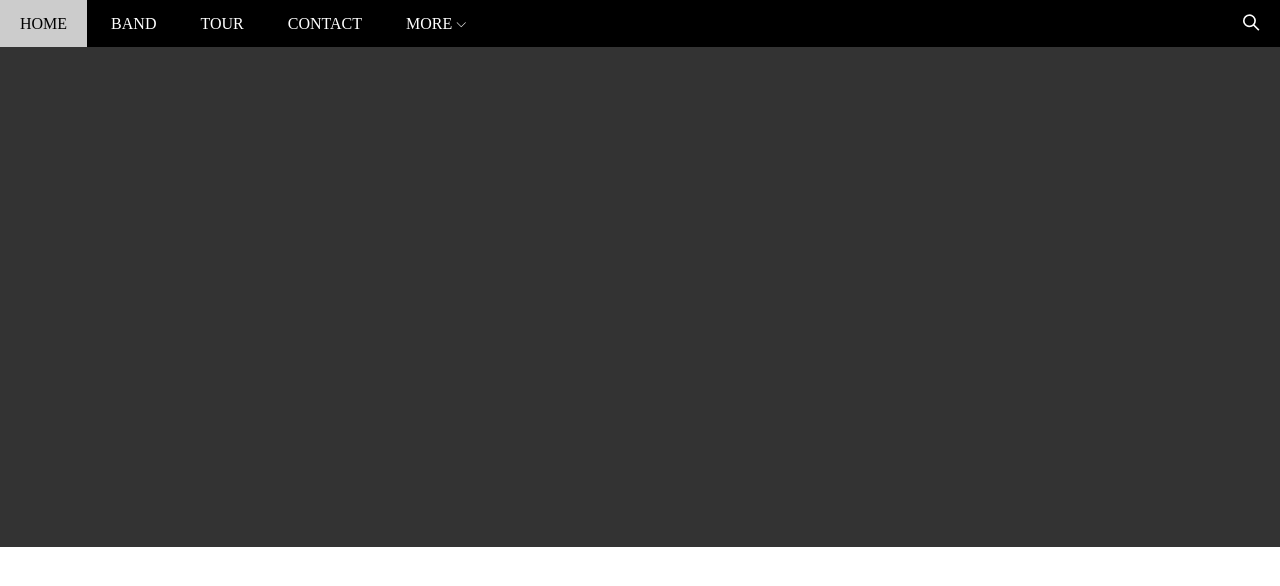
Repository: Dino0411/Dino0411.github.io
Page: index.html
These files come from the project's save history. The page is drawn as it stood at one moment and after the next save; the edit follows.
The browser window is 1280 px wide. The pictures show the whole page.

Above is the page before, as saved 2021-10-03 23:30:58.

### index.html
<!DOCTYPE html>
<html lang="en">
<head>
    <meta charset="UTF-8">
    <meta http-equiv="X-UA-Compatible" content="IE=edge">
    <meta name="viewport" content="width=device-width, initial-scale=1.0">
    <link rel="stylesheet" href="./assets/css/style.css">
    <link rel="stylesheet" href="./assets/fonts/themify-icons/themify-icons.css">
    <title>Document</title>
</head>
<body>
    <div id="main">
        <!-- TODO:header -->
        <div id="header">
            <!-- TODO:begin nav -->
            <ul id="nav">
                <li><a href="">Home</a></li>
                <li><a href="">Band</a></li>
                <li><a href="">Tour</a></li>
                <li><a href="">Contact</a></li>
                <li>
                    <a href="">
                        More
                        <i class="nav-arrow-down ti-angle-down"></i>
                    </a>
                    <ul class="subnav">
                        <li><a href="">Merchandise</a></li>
                        <li><a href="">Extras</a></li>
                        <li><a href="">Media</a></li>
                    </ul>
                </li>
            </ul>
            <!-- TODO:end nav -->

            <!-- TODO:begin search -->
            <div class="search-bth">
                <i class="search-icon  ti-search"></i>
            </div>
            <!-- TODO:end search -->
        </div>
        <!-- TODO:slider -->
        <div id="slider">

        </div>
        <!-- TODO:content -->
        <div id="content">

        </div>
        <!-- TODO:footer -->
        <div id="footer">

        </div>
    </div>
</body>
</html>

### assets/css/style.css
/* ! reser css
    ! Emmet(p0;m0)
*/
* {
  margin: 0;
  padding: 0;
  box-sizing: border-box;
}

html {
  font-family: cursive;
}
/* TODO:start
TODO: từ ngoài vào trong
TODO: từ trên xuống dưới
TODO:tổng quan đến chi tiết
*/

/*
? vị trí
? kích thước(width,height)
? màu sắc
? kiểu dáng(kiểu chữ,...)
*/
#main {
}
#header {
  height: 47px;
  background-color: #000;
}
#nav {
  display: inline-block;
}
#nav,
.subnav {
  list-style: none;
}
#nav > li {
  display: inline-block;
  position: relative;
}
#nav > li > a {
  color: #fff;
  text-transform: uppercase;
}
#nav li a {
  text-decoration: none;
  padding: 0px 20px;
  line-height: 47px;
}
#nav li:hover .subnav {
  display: block;
}
#nav > li:hover > a,
#nav .subnav a:hover {
  color: #000;
  background-color: #ccc;
  display: block;
}
#nav .subnav {
  display: none;
  position: absolute;
  top: 100%;
  left: 0;
  min-width: 160px;
  background-color: #fff;
  box-shadow: rgba(100, 100, 111, 0.5) 0px 7px 29px 0px;
}
#nav .subnav a {
  color: #000;
  padding: 0 12px;
  line-height: 40px;
}
#nav .nav-arrow-down {
  font-size: 10px;
}
#header .search-bth {
  float: right;
  padding: 0 21px;
}
#header .search-bth:hover {
  background-color: #f44336;
}
#header .search-icon {
  color: #fff;
  font-size: 16px;
  line-height: 46px;
  font-weight: 1000;
}
#slider {
  min-height: 500px;
  background-color: #333;
}
#content {
}
#footer {
}

Loaded but not shown: assets/fonts/themify-icons/themify-icons.css (common file)

After the next save:
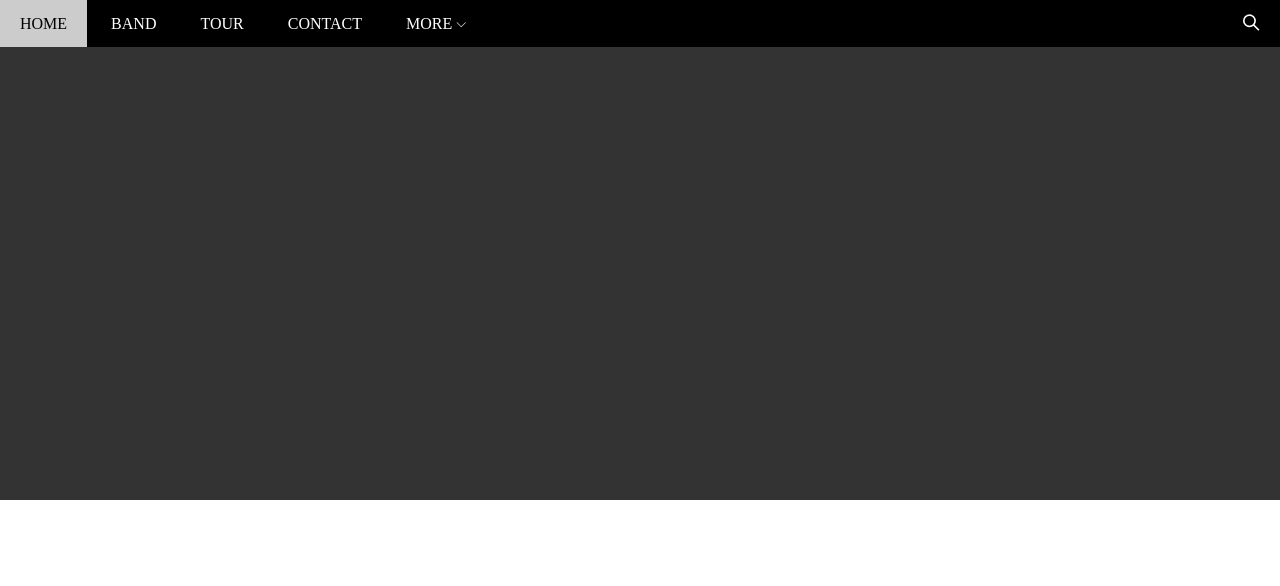
Saved 10 min 26 s later.
--- a/assets/css/style.css
+++ b/assets/css/style.css
@@ -25,6 +25,10 @@
 #main {
 }
 #header {
+  position: fixed;
+  top: 0;
+  left: 0;
+  right: 0;
   height: 47px;
   background-color: #000;
 }

After the save that followed:
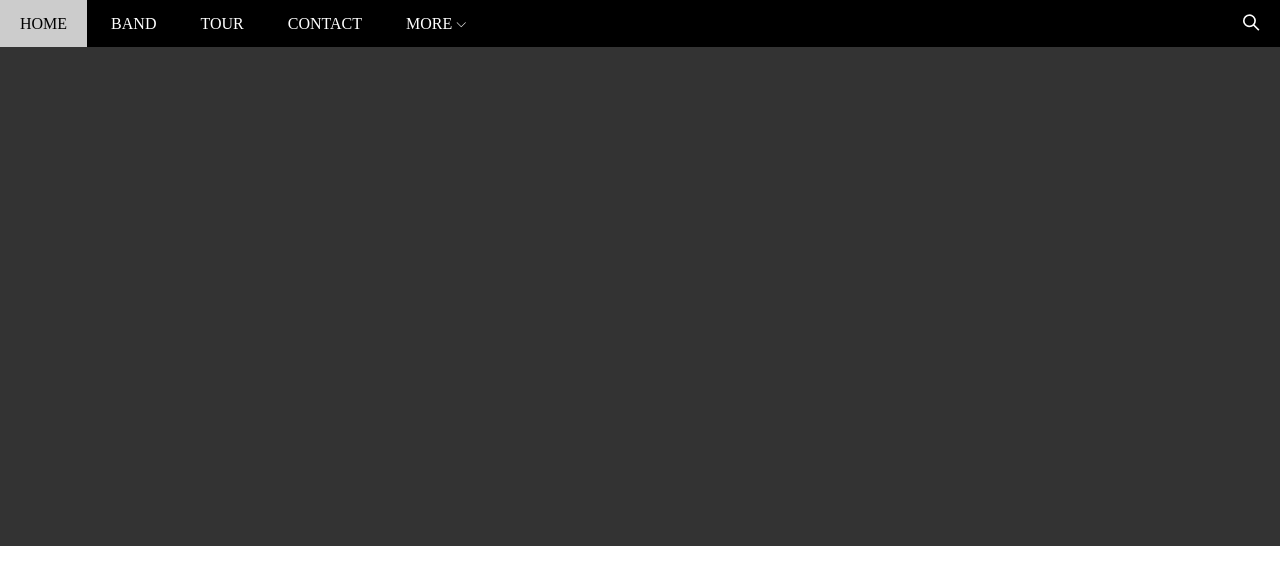
Saved 2 min 38 s later.
--- a/assets/css/style.css
+++ b/assets/css/style.css
@@ -94,6 +94,7 @@
 #slider {
   min-height: 500px;
   background-color: #333;
+  margin-top: 46px;
 }
 #content {
 }
